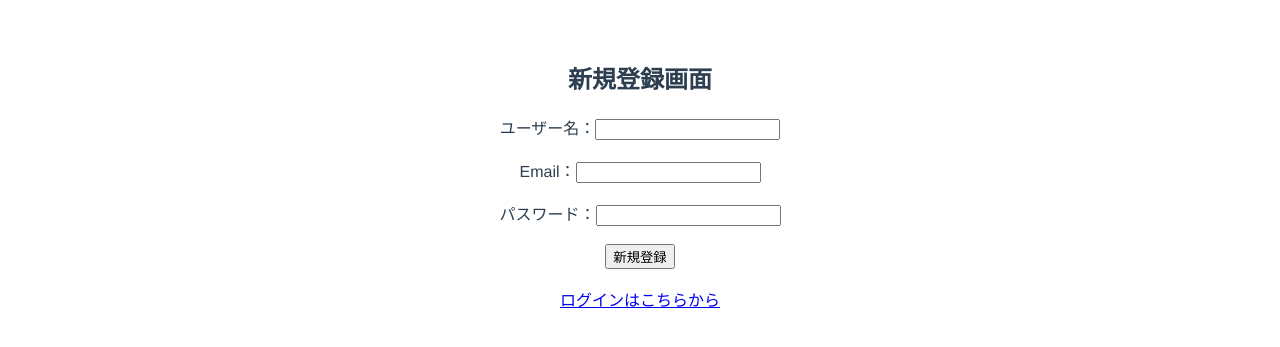
Repository: daisukey623/authentication
Page: /register
The author's editor kept a copy of each file at every save. The page is drawn from the files as they stood at one save, then again after a run of saves.
The browser window is 1280 px wide. The pictures show the whole page.
The project was rebuilt for these pictures with package versions that can differ from the ones it lists, and the page was loaded fresh each time.

Above is the page before, as saved 2021-05-22 11:20:21.

### src/main.js
import Vue from 'vue';
import App from './App.vue';
import router from './router';
import firebase from 'firebase/app';
import 'firebase/firestore';


  // Your web app's Firebase configuration
  const firebaseConfig = {
    apiKey: "AIzaSyALEeG-uCX4SsTwYA51b2yka3Lb7Iv2w4Q",
    authDomain: "vuejs-http-de60c.firebaseapp.com",
    projectId: "vuejs-http-de60c",
    storageBucket: "vuejs-http-de60c.appspot.com",
    messagingSenderId: "897481049619",
    appId: "1:897481049619:web:c9e774a648e193e87c61e6"
  };
  // Initialize Firebase
  firebase.initializeApp(firebaseConfig);


new Vue({
  router,
  render: h => h(App)
}).$mount('#app');

export default firebase

### src/App.vue
<template>
  <div id="app">
    <header>
    <router-view></router-view>
    </header>
  </div>
</template>

<style scoped>
.header-item {
  padding: 10px;
}

</style>

<style>
#app {
  font-family: 'Avenir', Helvetica, Arial, sans-serif;
  -webkit-font-smoothing: antialiased;
  -moz-osx-font-smoothing: grayscale;
  text-align: center;
  color: #2c3e50;
  margin-top: 60px;
}
</style>

### src/router/index.js
import Vue from 'vue'
import VueRouter from 'vue-router'
import Dashboard from '../views/Dashboard.vue';
import Login from '../views/Login.vue';
import Register from '../views/Register.vue';


Vue.use(VueRouter)

const routes = [
  {
    path: '/',
    component: Dashboard
  },
  {
    path: '/login',
    component: Login
  },
  {
    path: '/register',
    component: Register
  },
]

const router = new VueRouter({
  mode: 'history',
  base: process.env.BASE_URL,
  routes
})

export default router

### src/views/Register.vue
<template>
  <div>
    <h2>新規登録画面</h2>
    <label for="userName">ユーザー名：</label>
    <input id="userName" type="text" v-model="userName" />
    <br /><br />
    <label for="email">Email：</label>
    <input id="remail" type="email" v-model="email" />
    <br /><br />
    <label for="password">パスワード：</label>
    <input id="password" type="password" v-model="password" />
    <br /><br />
    <button @click="sendRegister">新規登録</button>
    <br /><br />
    <router-link to="/login">ログインはこちらから</router-link>
  </div>
</template>

<script>
export default {
  data() {
    return {
      userName: '',
      email: '',
      password: '',
    };
  },
  methods: {

  },
};
</script>

### src/views/Dashboard.vue
<template>
  <div>
    <button @click="handleClickFetchButton">取得</button>
    <div>{{ userName }}さんようこそ</div>
    <div>残高：{{}}</div>
    <h2>ユーザー一覧</h2>
  </div>
</template>

<script>
import firebase from '../main.js';
export default {
  data() {
    return {
      name: '',
      comment: '',
    };
  },
  methods: {
    handleClickFetchButton: async function() {
      const db = firebase.firestore();
      // ▼ document取得
      // const doc = await db
      //   .collection('comments')
      //   .doc('04ttF9rboAzPIGaiKtre')
      //   .get();
      // console.log('Document data:', doc.data());
      // console.log('クリック');

      // ▼ Collection取得
      const snapshot = await db
        .collection('comments')
        .where('name', '==', '横山大将')
        .get();
      snapshot.forEach((doc) => {
        console.log(doc.id, '=>', doc.data());
      });
    },
  },
};
</script>

### src/views/Login.vue
<template>
  <div>

    <h2>ログイン画面</h2>
    <label for="name">Email：</label>
    <input id="remail" type="email" v-model="email" />
    <br /><br />
    <label for="password">パスワード：</label>
    <input id="password" type="password" v-model="password" />
    <br /><br />
    <button @click="sendLogin">ログイン</button>
    <br /><br />
    <router-link to="/register">新規登録はこちらから</router-link>
  </div>
</template>

<script>
export default {
  data() {
    return {
      email: '',
      password: '',
    };
  },
};
</script>

Loaded but not shown: public/index.html (common file)

After the next 3 saves:
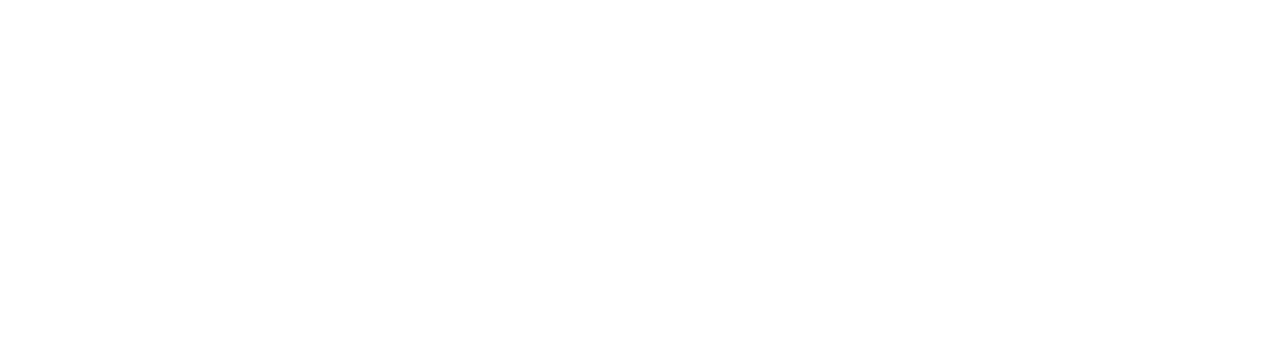
Console error: ReferenceError: sendRgister is not defined
The 3 saves are shown as one change because they came seconds apart.
The last was saved 25 s later.
--- a/src/views/Register.vue
+++ b/src/views/Register.vue
@@ -26,7 +26,7 @@
     };
   },
   methods: {
-
+    sendRgister
   },
 };
 </script>

After the 5 saves that followed:
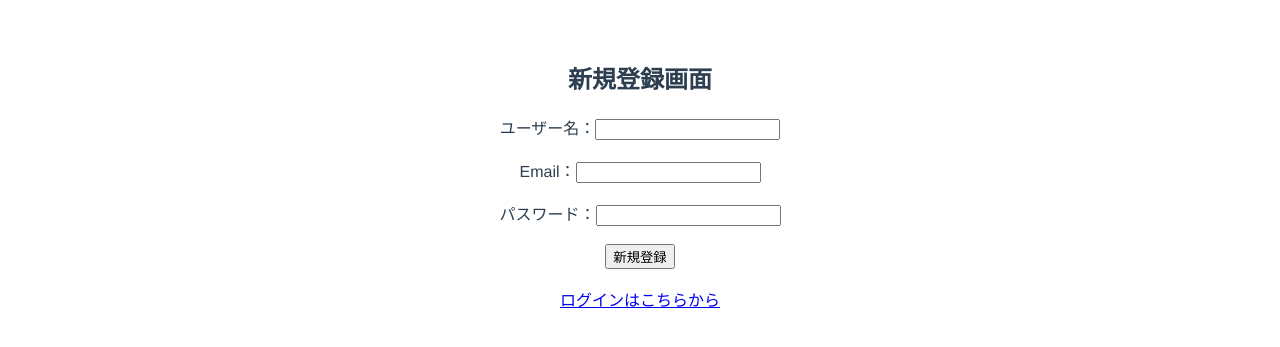
The error is gone.
The 5 saves are shown as one change because they came seconds apart.
The last was saved 15 s later.
--- a/src/views/Register.vue
+++ b/src/views/Register.vue
@@ -26,7 +26,9 @@
     };
   },
   methods: {
-    sendRgister
+    sendRgister(){
+
+    },
   },
 };
 </script>
